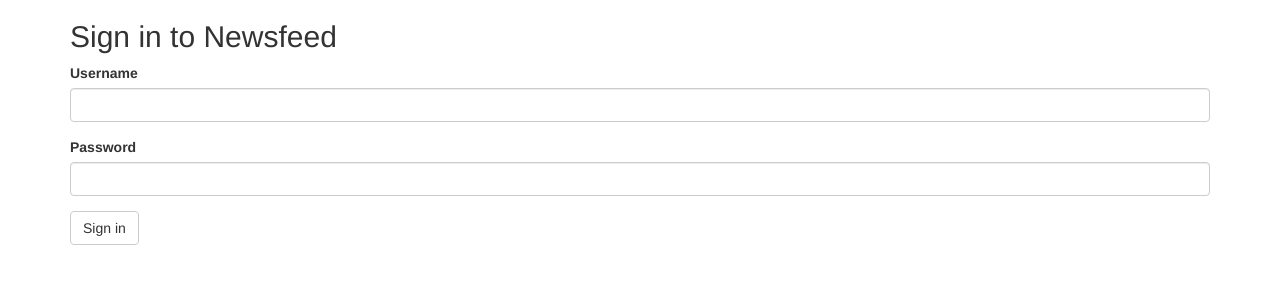
Repository: aaron13michael/news-feed
Page: http://localhost/login.php
The author's editor kept a record of every edit. The page is drawn from the files as they stood at one moment, then again after the next edit.
The browser window is 1280 px wide. The pictures show the whole page.
Some web libraries are served in a nearby version. The page is run by PHP 8.4 with error messages shown; the project is at /var/www/html/.

Above is the page before.

After the next edit:
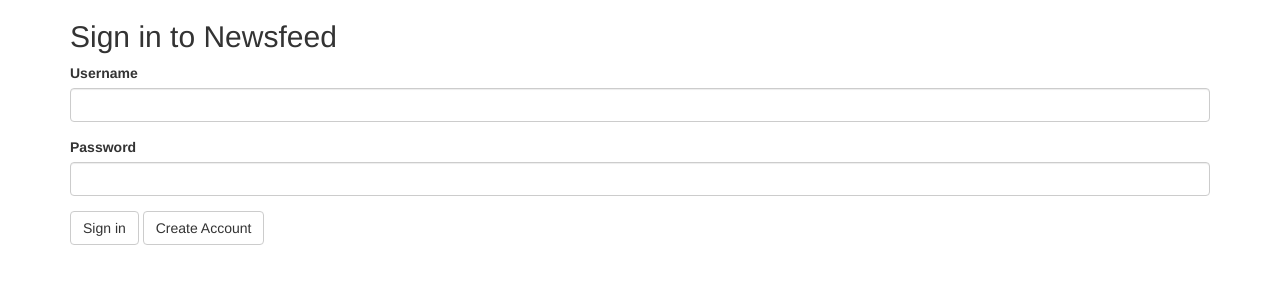
The edit:
--- a/login.php
+++ b/login.php
@@ -22,6 +22,7 @@
     				<input type="password" class="form-control" id="pwd" name="pwd">
   				</div>
   				<button type="submit" class="btn btn-default">Sign in</button>
+  				<a href="create.php" class="btn btn-default">Create Account</a
 			</form>
     	</div>
     </body>
